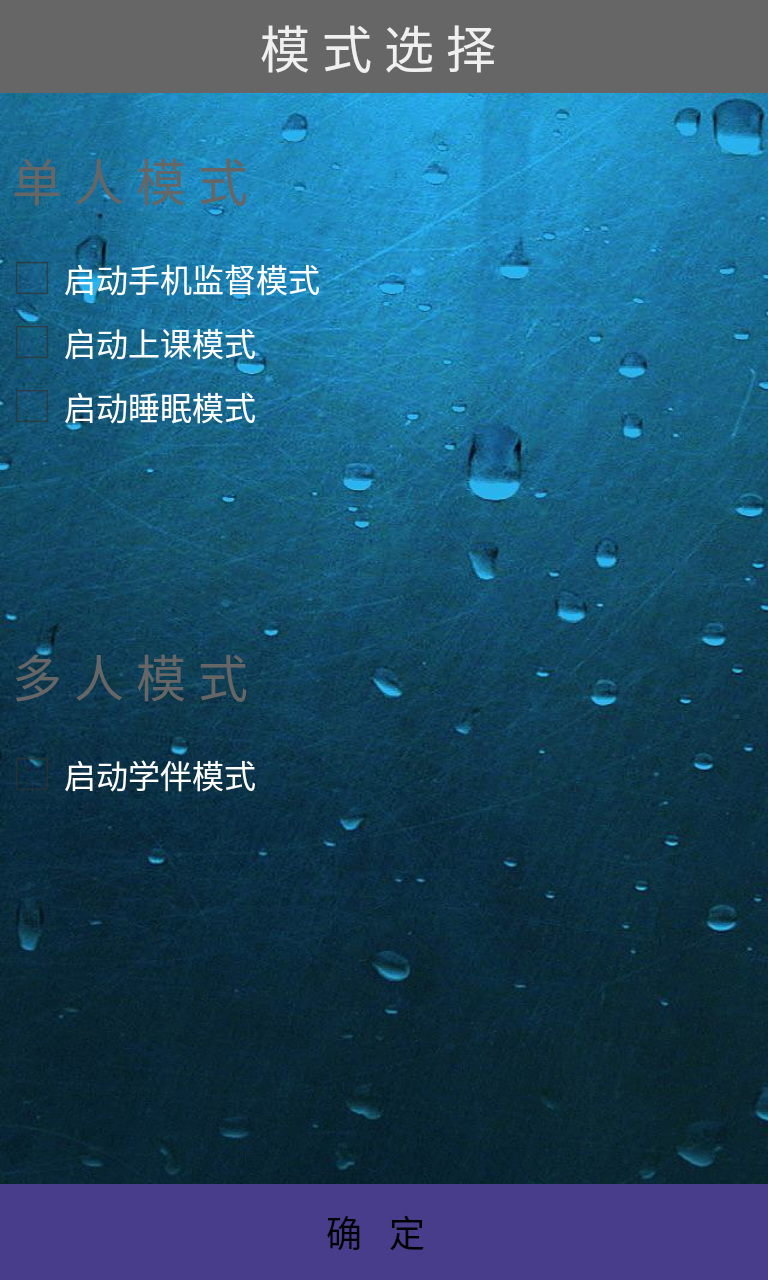
Repository: 17390089054/android
Layout: learning/res/layout/activity_second.xml
An editor plug-in stored every save of this project. The layout is shown before and after the next save, followed by the edit.
It is drawn on a 768 x 1280 px phone screen (xhdpi) without system bars, with theme AppTheme; the app's code is not run.

Above is the layout before, as saved 2018-05-01 14:19:00.

After the next save:
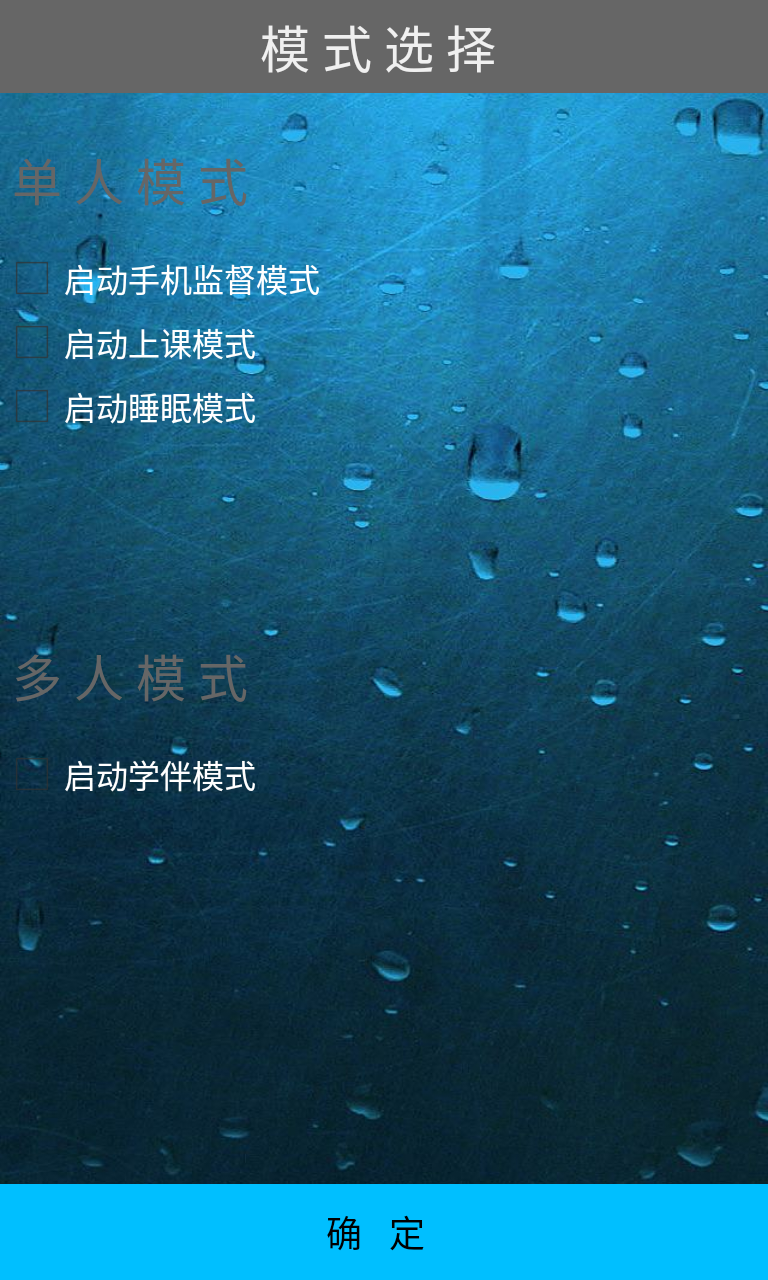
Saved 18 s later.
--- a/learning/res/layout/activity_second.xml
+++ b/learning/res/layout/activity_second.xml
@@ -74,7 +74,7 @@
 	    android:layout_width="match_parent"
 	    android:layout_height="wrap_content"
 	    android:padding="2dp"
-	    android:background="#483d8b"
+	    android:background="#00bfff"
 	    android:text=" 确   定   "
 	    />
 </LinearLayout>
